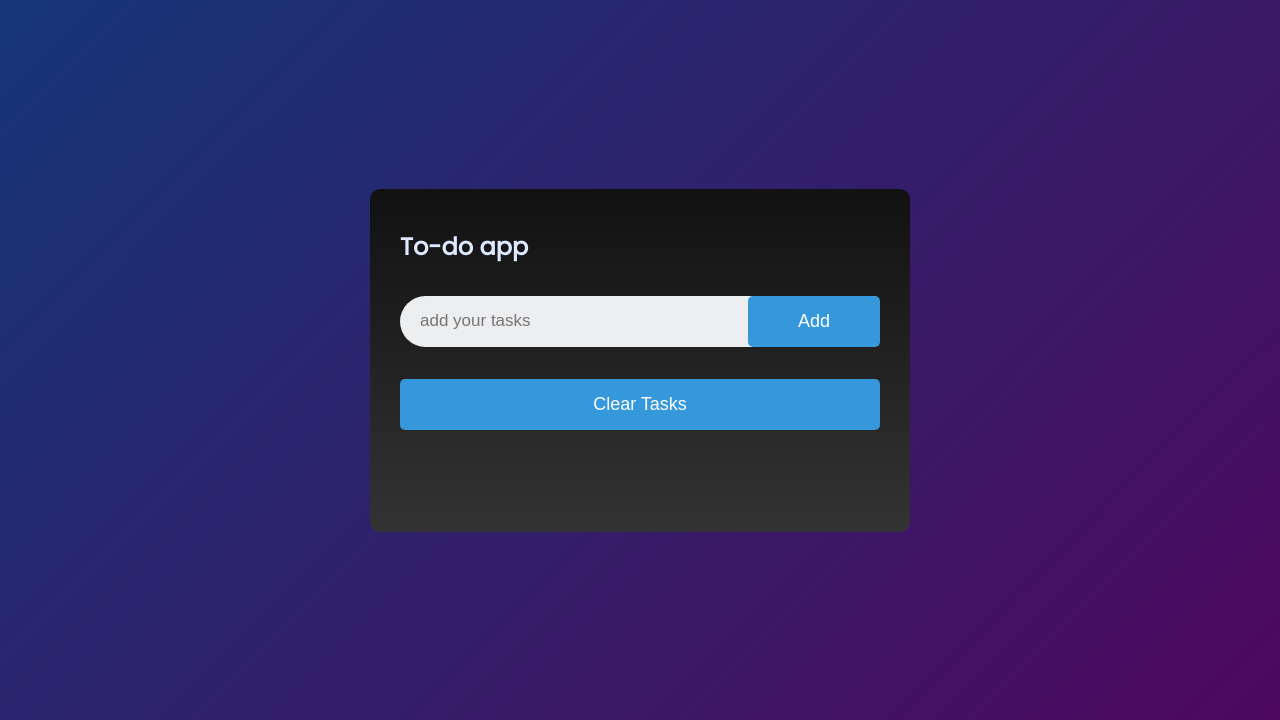
Repository: samoshi/To-do
Page: http://localhost/
The author's editor kept a copy of each file at every save. The page is drawn from the files as they stood at one save, then again after the next save.
The browser window is 1280 px wide. The pictures show the whole page.
The page is served by the project's application, run on Flask 3 (app/app.py). Queries for data that is not in the repository find no rows.

Above is the page before, as saved 2024-01-14 21:35:55.

### app/templates/index.html
<!DOCTYPE html>
<html lang="en">

<head>
    <meta charset="UTF-8">
    <meta name="viewport" content="width=device-width, initial-scale=1.0">
    <title>To-Do list</title>
    <link rel="stylesheet" href="{{ url_for('static', filename='style.css') }}" />
    <script src="https://code.jquery.com/jquery-3.6.4.min.js"></script>
    <script src="{{ url_for('static', filename='script.js') }}"></script>
</head>

<body>
    <div class="container">
        <div class="todo-app">
            <div class="app-title">
                <h2>To-do app</h2>
                <i class="fa-solid fa-book-bookmark"></i>
            </div>
            <form action="/add_task" method="post">
                <div class="row">
                    <input type="text" name="title" id="input-box" placeholder="add your tasks" required>
                    <button class="add_button">Add</button>
                </div>
            </form>
            <button class="clear_button" onclick="clearTasks()">Clear Tasks</button>
            <ul id="list-container">
                {% for task in task_list %}
                    {% if task.complete == False %}
                            <li class="incomplete" onclick="toggleChecked(this)">
                                <a href="/complete/{{ task.id }}">{{ task.title }}</a>
                            </li>
                    {% else %}
                            <li class="complete" onclick="toggleChecked(this)">
                                <a href="/complete/{{ task.id }}">{{ task.title }}</a>
                            </li>
                        <!-- <a class="remove-task" href="/remove/{{ task.id }}">X</a> -->
                    {% endif %}
                {% endfor %}
            </ul>

        </div>
    </div>
    <script src="{{ url_for('static', filename='script.js') }}"></script>
</body>

</html>

### app/app.py
from flask import Flask, render_template, request, redirect, url_for, jsonify
from flask_sqlalchemy import SQLAlchemy

app = Flask(__name__)

app.config['SQLALCHEMY_DATABASE_URI'] = 'sqlite:///db.sqlite'
app.config['SQLALCHEMY_TRACK_MODIFICATIONS'] = False
db = SQLAlchemy(app)

class Task(db.Model):
    id = db.Column(db.Integer, primary_key=True)
    title = db.Column(db.String(100))
    complete = db.Column(db.Boolean)

# def save_tasks():
#     with open("tasks.json", "w") as file:
#         json.dump(tasks, file)


# # Load tasks from a file
# def load_tasks():
#     try:
#         with open("tasks.json", "r") as file:
#             lines = file.readlines()
#             tasks = []
#             for line in lines:
#                 parts = line.split(":")
#                 if len(parts) == 2:
#                     description, completed_str = parts
#                     completed = eval(completed_str)
#                     tasks.append({"description": description, "completed": completed})
#             return tasks
#     except FileNotFoundError:
#         return []  # Return an empty list if the file doesn't exist
#     except json.decoder.JSONDecodeError:
#         return []  # Return an empty list if there's an issue decoding JSON

# # Initialize tasks
# tasks = load_tasks()

@app.route('/')
def index():
    task_list = Task.query.all()
    return render_template('index.html', task_list=task_list)

@app.route('/add_task', methods=['POST'])
def add_task():
    title = request.form.get("title")
    new_task = Task(title=title, complete=False)
    db.session.add(new_task)
    db.session.commit()
    return redirect(url_for("index"))

@app.route("/update/<int:task_id>")
def update_task(task_id):
    task = Task.query.filter_by(id=task_id).first()
    task.complete = not task.complete
    db.session.commit()
    return redirect(url_for("index"))

@app.route('/complete/<int:task_id>')
def complete_task(task_id):
    task = Task.query.filter_by(id=task_id).first()
    if task:
        task.complete = not task.complete
        db.session.commit()
    return redirect(url_for('index'))

@app.route('/remove/<int:task_id>')
def remove_task(task_id):
    print("Remove task ()")
    task = Task.query.filter_by(id=task_id).first()
    print("Getting task", task_id)
    db.session.delete(task)
    print("deleted task")
    db.session.commit()
    return redirect(url_for('index'))

@app.route('/clear_tasks')
def clear_tasks():
    db.session.query(Task).delete()
    db.session.commit()
    return redirect(url_for('index'))


if __name__ == '__main__':
    db.create_all()
    app.run(host='0.0.0.0', port=5000, debug=True)

### app/static/style.css
@import url('https://fonts.googleapis.com/css2?family=Poppins&display=swap');


*, *:before, *:after{
    margin: 0;
    padding: 0;
    box-sizing: border-box;
}
body{
    font-family: 'Poppins', sans-serif;
}
.container{
    width: 100%;
    min-height: 100vh;
    background: linear-gradient(135deg, #153677, #4e085f);
    padding: 10px;
    display: flex;
    justify-content: center;
    align-items: center;
}
.todo-app{
    width: 100%;
    max-width: 540px;
    background: linear-gradient(to bottom, #111111, #333333);
    padding: 40px 30px 70px;
    border-radius: 10px;
    display: flex;
    flex-direction: column;
    align-items: left;
    gap: 2rem;
}
.app-title{
    display: flex;
    gap: 1rem;
    align-items: center;
}
.app-title h2, .app-title i{
    color: #ddeaff;
}
.app-title i{
    font-size: 26px;
}

.row{
    display: flex;
    align-items: center;
    justify-content: space-between;
    background-color: #edeef0;
    border-radius: 30px;
}
input{
    width: 100%;
    border: none;
    outline: none;
    background-color: transparent;
    padding: 12px;
    font-size: 17px;
    padding-left: 20px;
}
button.clear_button, button.add_button{
    border: none;
    cursor: pointer;
    outline: none;
    padding: 15px 50px;
    border-radius: 5px;
    background-color: #3498db;
    color: #ffffff;
    font-size: 18px;
    transition: all .25s ease;
}
button:hover{
    filter: brightness(.8);
    background-color: #2980b9;
}

@media screen and (max-width: 400px) {
    button {
        padding: 15px;
        border-radius: 0 30px 30px 0;
    }
}

a,
a.remove-task {
    text-decoration: none;
    align-items: center;
    color: #333;
    cursor: pointer;
}

li {
    font-size: 17px;
    margin-top: 5px;
    position: relative;
    transition: background-color 0.2s ease;
    border-radius: 10px;
    list-style-type: none;
    outline: 2px solid #7289da;
}

li a {
    display: block;
    font-size: 17px;
    padding: 12px 8px 12px 50px;
    text-decoration: none;
    color: #ffffff;
    transition: color 0.2s ease;
}

li.incomplete {
    background-color: #2c2f33; /* Red background for incomplete */
}

li.complete {
    background-color: #23272a; /* Green background for complete */
}

li a:hover {
    /* Optional: Add styles for hover effect */
    background-color: #27ae60; /* Slightly darker green hover effect */
    color: #fff; /* White text on hover for better contrast */
}

li.incomplete a:hover {
    /* Optional: Add styles for hover effect */
    background-color: #7289da; /* Lighter green hover effect for complete */
    color: #fff; /* Black text on hover for better contrast */
}

li.complete a:hover {
    /* Optional: Add styles for hover effect */
    background-color: #30363d; /* Lighter green hover effect for complete */
    color: #fff; /* Black text on hover for better contrast */
}

ul li::before {
    position: absolute;
    content: '';
    width: 24px;
    height: 24px;
    font-size: 18px;
    border-radius: 50%;
    left: 0;
    top: 50%;
    transform: translateY(-50%);
    line-height: 24px;
    text-align: center;
    transition: background-color 0.2s ease;
    pointer-events: none;
}

ul li.incomplete::before {
    content: 'X';
    color: #ff5945;
}

ul li.complete::before {
    content: '\2713';
    color: #07700e;
}


button.remove {
    position: absolute;
    right: 0;
    transform: translateY(-50%);
    width: 30px;
    height: 30px;
    border-radius: 50%;
    color: #555;
    font-size: 18px;
    transition: all .2s ease;
}
button.remove:hover{
    background-color: #c9c9c9;
    color: #fff;
}

### app/static/script.js
// // ...

// document.addEventListener("DOMContentLoaded", function () {
//     const inputBox = document.getElementById("input-box");
//     const button = document.querySelector("button");
//     const list = document.getElementById("list-container");

//     list.addEventListener("click", (e) => {
//         if (e.target.tagName === "LI") {
//             e.target.classList.toggle("checked");
//             saveData();
//         } else if (e.target.tagName === "SPAN") {
//             e.target.parentElement.remove();
//             saveData();
//         }
//     });

//     button.addEventListener("click", function () {
//         if (inputBox.value.trim() !== '') {
//             addTask(inputBox.value);
//         } else {
//             alert("Please enter a non-empty task.");
//         }
//     });

//     function addTask(description) {
//         // Make an AJAX request to the Flask server's /add_task route
//         fetch("/add_task", {
//             method: "POST",
//             headers: {
//                 "Content-Type": "application/json",
//             },
//             body: JSON.stringify({ description: description }),
//         })
//             .then(response => response.json())
//             .then(data => console.log(data))
//             .catch(error => console.error("Error:", error));
//     }

//     function showTask() {
//         // Fetch tasks from the Flask server's /tasks route
//         fetch("/tasks")
//             .then(response => response.json())
//             .then(tasks => {
//                 list.innerHTML = ""; // Clear the visible list
//                 tasks.forEach(task => {
//                     let li = document.createElement("li");
//                     li.innerHTML = task.description;
//                     if (task.completed) {
//                         li.classList.add("checked");
//                     }
//                     list.appendChild(li);
//                     let span = document.createElement("span");
//                     span.innerHTML = "x";
//                     li.appendChild(span);
//                 });
//             })
//             .catch(error => console.error("Error:", error));
//     }

//     window.addEventListener("load", showTask);

//     // Clear Tasks function
//     window.clearTasks = function () {
//         localStorage.removeItem("data");
//         list.innerHTML = ""; // Clear the tasks from the visible list
//     };
// });

After the next save:
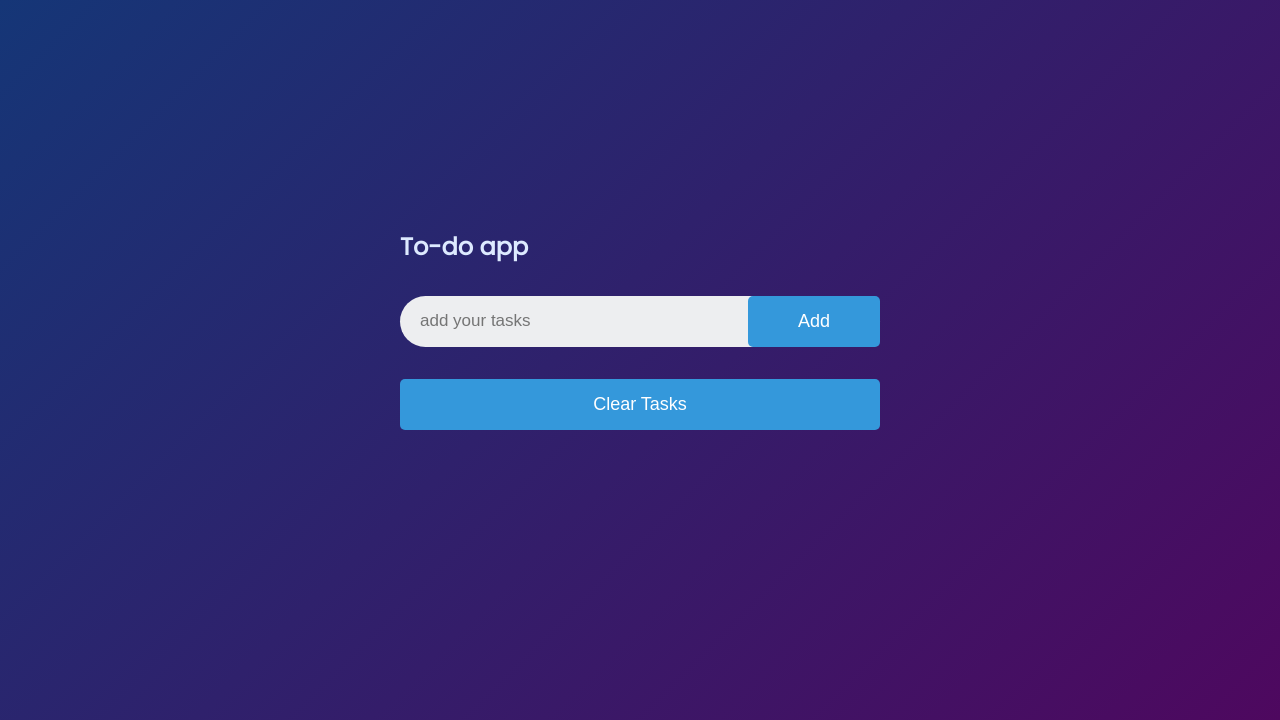
Saved 3 min 14 s later.
--- a/app/static/style.css
+++ b/app/static/style.css
@@ -21,7 +21,7 @@ body{
 .todo-app{
     width: 100%;
     max-width: 540px;
-    background: linear-gradient(to bottom, #111111, #333333);
+    background: f5f5f5;
     padding: 40px 30px 70px;
     border-radius: 10px;
     display: flex;
